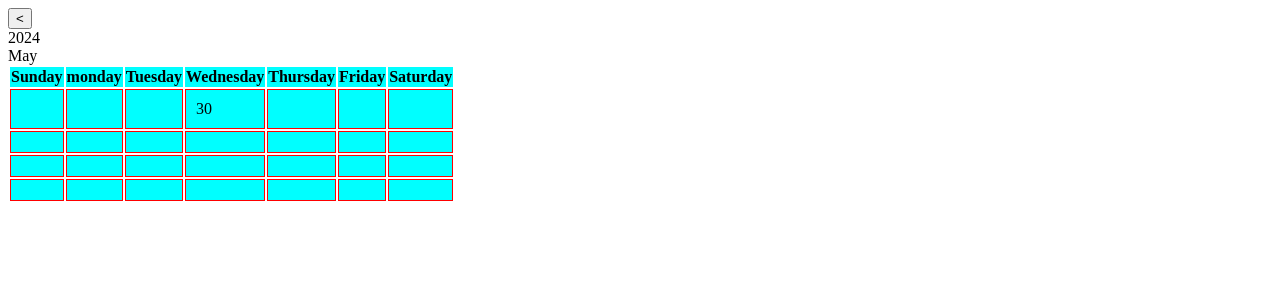
Repository: fateme81yosefi/calendar
Page: index.html
An editor plug-in stored every save of this project. The page is shown before and after the next save, followed by the edit.
The browser window is 1280 px wide. The pictures show the whole page.

Above is the page before, as saved 2024-05-30 14:05:46.

### index.html
<!DOCTYPE html>

<html>

<head>
  <title>calendar</title>
  <link rel="icon" type="image/x-icon" href="/images/fav.png">
  <link rel="stylesheet" href="styles.css">

</head>

<body>

  <div class="container-calendar">  <button>
    < </button>
    <div class="contain-year" id="year">


          <button> > </button>

    </div>
    <div class="contain-month" id="month">
      <button>
        < </button>

          <button>></button>

    </div>
    <table>
      <tr>
        <th>Sunday</th>
        <th>monday</th>
        <th>Tuesday</th>
        <th>Wednesday </th>
        <th>Thursday</th>
        <th>Friday</th>
        <th>Saturday</th>
      </tr>

      <tr>
        <td id="1-1"> </td>
        <td id="1-2"> </td>
        <td id="1-3"> </td>
        <td id="1-4"> </td>
        <td id="1-5"> </td>
        <td id="1-6"> </td>
        <td id="1-7"> </td>
      </tr>

      <tr>
        <td id="2-1"> </td>
        <td id="2-2"> </td>
        <td id="2-3"> </td>
        <td id="2-4"> </td>
        <td id="2-5"> </td>
        <td id="2-6"> </td>
        <td id="2-7"> </td>
      </tr>

      <tr>
        <td id="3-1"> </td>
        <td id="3-2"> </td>
        <td id="3-3"> </td>
        <td id="3-4"> </td>
        <td id="3-5"> </td>
        <td id="3-6"> </td>
        <td id="3-7"> </td>
      </tr>

      <tr>
        <td id="4-1"> </td>
        <td id="4-2"> </td>
        <td id="4-3"> </td>
        <td id="4-4"> </td>
        <td id="4-5"> </td>
        <td id="4-6"> </td>
        <td id="4-7"> </td>
      </tr>
    </table>
  </div>



  <script src="/scripts.js"></script>

</body>

</html>

### styles.css
tr{
    background-color: aqua;
    border: 1px solid red;
    padding: 10px;
    margin: 2px;
}
td{
    background-color: aqua;
    border: 1px solid red;
    padding: 10px;
    margin: 2px;
}

### scripts.js




function calculator() {
    const d = new Date();
    m = d.getMonth()
    y = d.getFullYear()
    day = d.getDate()
    weekday = d.getDay()

    document.getElementById("year").innerHTML = y

    switch(m+1){
        case 1: b = "January";
            break;
        case 2: b = "February";
            break;
        case 3: b = "March";
            break;
        case 4: b = "April";
            break;
        case 5: b = "May";
            break;
        case 6: b = "June";
            break;
        case 7: b = "July";
            break;
        case 8: b = "August";
            break;
        case 9: b = "September";
            break;
        case 10: b = "October";
            break;
        case 11: b = "November";
            break;
        case 12: b = "December";
            break;
        }

    document.getElementById("month").innerHTML = b

    // weekday = #column
    if (day <= 7 || day >= 29) {
        row = 1
        x = "1-" + weekday
        document.getElementById(x).innerHTML = day
    } else if (day <= 14) {
        row = 2
        x = "2-" + weekday
        document.getElementById(x).innerHTML = day
    } else if (day <= 21) {
        row = 3
        x = "3-" + weekday
        document.getElementById(x).innerHTML = day
    } else if (day <= 28) {
        row = 4
        x = "4-" + weekday
        document.getElementById(x).innerHTML = day
    }


}

calculator()

After the next save:
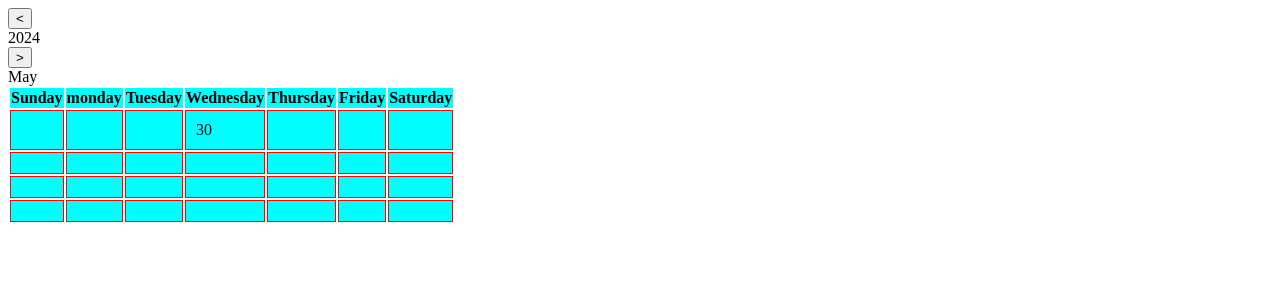
Saved 5 s later.
--- a/index.html
+++ b/index.html
@@ -11,72 +11,72 @@
 
 <body>
 
-  <div class="container-calendar">  <button>
-    < </button>
-    <div class="contain-year" id="year">
+  <div class="container-calendar"> <button>
+      < </button>
+        <div class="contain-year" id="year">
 
 
-          <button> > </button>
 
-    </div>
-    <div class="contain-month" id="month">
-      <button>
-        < </button>
 
-          <button>></button>
+        </div><button> > </button>
+        <div class="contain-month" id="month">
+          <button>
+            < </button>
 
-    </div>
-    <table>
-      <tr>
-        <th>Sunday</th>
-        <th>monday</th>
-        <th>Tuesday</th>
-        <th>Wednesday </th>
-        <th>Thursday</th>
-        <th>Friday</th>
-        <th>Saturday</th>
-      </tr>
+              <button>></button>
 
-      <tr>
-        <td id="1-1"> </td>
-        <td id="1-2"> </td>
-        <td id="1-3"> </td>
-        <td id="1-4"> </td>
-        <td id="1-5"> </td>
-        <td id="1-6"> </td>
-        <td id="1-7"> </td>
-      </tr>
+        </div>
+        <table>
+          <tr>
+            <th>Sunday</th>
+            <th>monday</th>
+            <th>Tuesday</th>
+            <th>Wednesday </th>
+            <th>Thursday</th>
+            <th>Friday</th>
+            <th>Saturday</th>
+          </tr>
 
-      <tr>
-        <td id="2-1"> </td>
-        <td id="2-2"> </td>
-        <td id="2-3"> </td>
-        <td id="2-4"> </td>
-        <td id="2-5"> </td>
-        <td id="2-6"> </td>
-        <td id="2-7"> </td>
-      </tr>
+          <tr>
+            <td id="1-1"> </td>
+            <td id="1-2"> </td>
+            <td id="1-3"> </td>
+            <td id="1-4"> </td>
+            <td id="1-5"> </td>
+            <td id="1-6"> </td>
+            <td id="1-7"> </td>
+          </tr>
 
-      <tr>
-        <td id="3-1"> </td>
-        <td id="3-2"> </td>
-        <td id="3-3"> </td>
-        <td id="3-4"> </td>
-        <td id="3-5"> </td>
-        <td id="3-6"> </td>
-        <td id="3-7"> </td>
-      </tr>
+          <tr>
+            <td id="2-1"> </td>
+            <td id="2-2"> </td>
+            <td id="2-3"> </td>
+            <td id="2-4"> </td>
+            <td id="2-5"> </td>
+            <td id="2-6"> </td>
+            <td id="2-7"> </td>
+          </tr>
 
-      <tr>
-        <td id="4-1"> </td>
-        <td id="4-2"> </td>
-        <td id="4-3"> </td>
-        <td id="4-4"> </td>
-        <td id="4-5"> </td>
-        <td id="4-6"> </td>
-        <td id="4-7"> </td>
-      </tr>
-    </table>
+          <tr>
+            <td id="3-1"> </td>
+            <td id="3-2"> </td>
+            <td id="3-3"> </td>
+            <td id="3-4"> </td>
+            <td id="3-5"> </td>
+            <td id="3-6"> </td>
+            <td id="3-7"> </td>
+          </tr>
+
+          <tr>
+            <td id="4-1"> </td>
+            <td id="4-2"> </td>
+            <td id="4-3"> </td>
+            <td id="4-4"> </td>
+            <td id="4-5"> </td>
+            <td id="4-6"> </td>
+            <td id="4-7"> </td>
+          </tr>
+        </table>
   </div>
 
 
